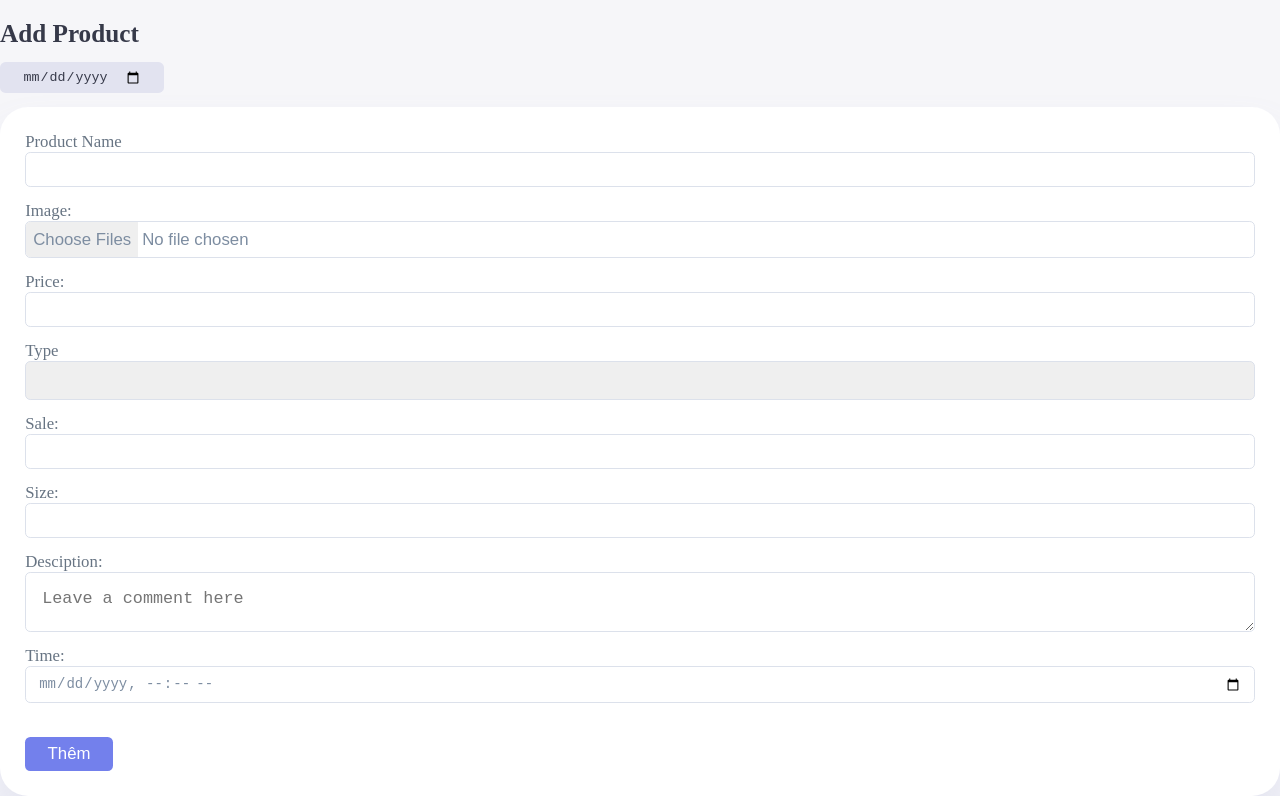
Repository: quynn1804/duan1
Page: http://localhost/control/add_product.php
These files come from the project's save history. The page is drawn as it stood at one moment and after the next save; the edit follows.
The browser window is 1280 px wide. The pictures show the whole page.
Some web fonts or font styles are not loaded; a fallback is used. The page is run by PHP 8.4 with error messages shown; the project is at /var/www/html/. Queries for data that is not in the repository find no rows.

Above is the page before, as saved 2022-11-10 01:24:21.

After the next save:
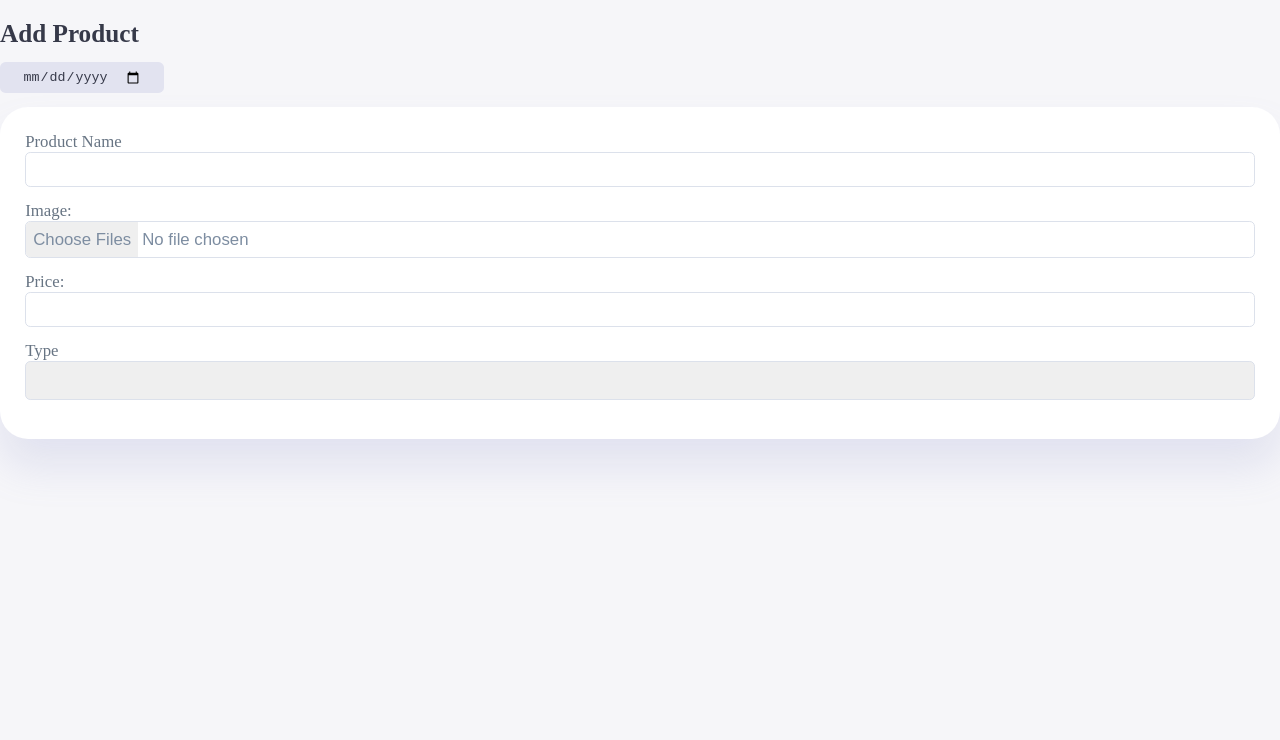
Saved 9 s later.
--- a/du_an_1/control/add_product.php
+++ b/du_an_1/control/add_product.php
@@ -32,7 +32,7 @@
             <select class="form-select" aria-label="Default select example" name="cate_id">
                 <?php
                 require "../model/connect.php";
-                $sql = "SELECT * FROM `type` ";
+                // $sql = "SELECT * FROM `type` ";
                 $kq = getAll($sql);
                  foreach ($kq as $cate) : ?>
                     <option value="<?= $cate['type_id'] ?>"> <?= $cate['type_name']?> </option>

After the save that followed:
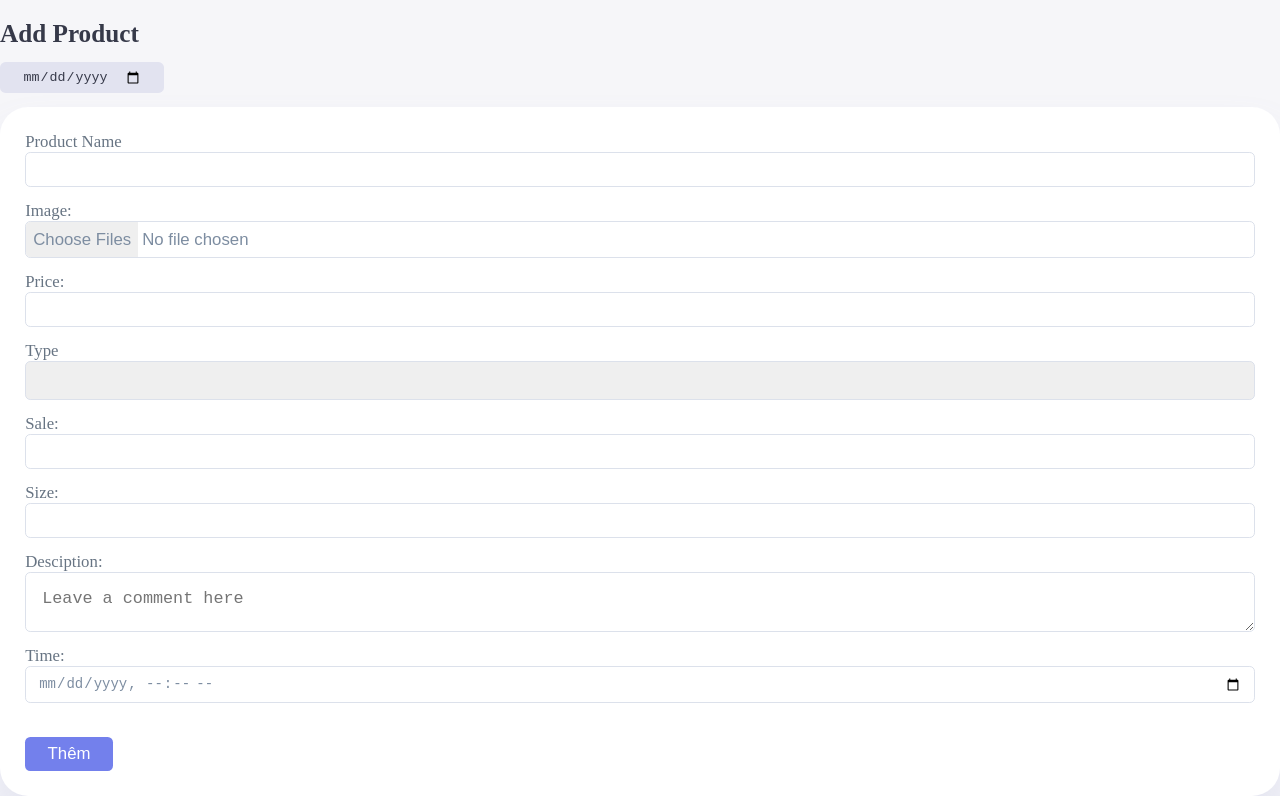
Saved 4 s later.
--- a/du_an_1/control/add_product.php
+++ b/du_an_1/control/add_product.php
@@ -32,7 +32,7 @@
             <select class="form-select" aria-label="Default select example" name="cate_id">
                 <?php
                 require "../model/connect.php";
-                // $sql = "SELECT * FROM `type` ";
+                $sql = "SELECT * FROM `type` ";
                 $kq = getAll($sql);
                  foreach ($kq as $cate) : ?>
                     <option value="<?= $cate['type_id'] ?>"> <?= $cate['type_name']?> </option>
